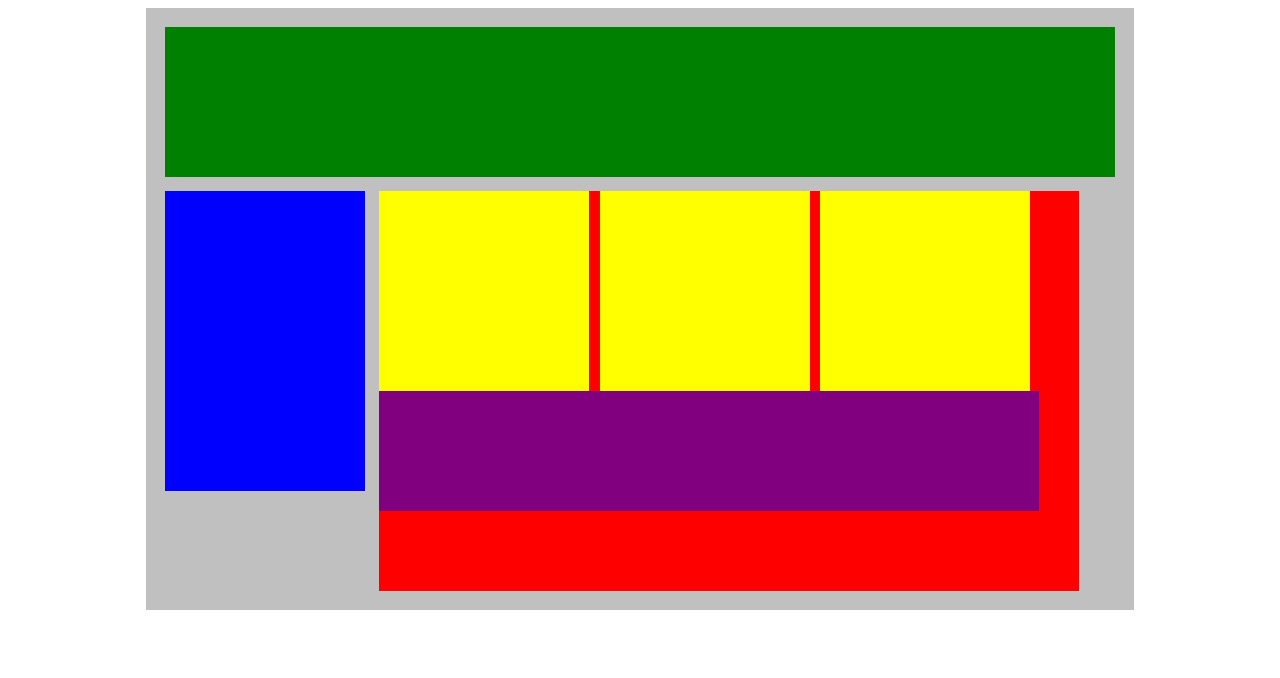
Repository: Fredy452/Fundamentos_de_la_Web
Page: Trabajos/Bloques-Flex/index.html
These files come from the project's save history. The page is drawn as it stood at one moment and after the next save; the edit follows.
The browser window is 1280 px wide. The pictures show the whole page.

Above is the page before, as saved 2023-06-16 18:18:56.

### Trabajos/Bloques-Flex/index.html
<!DOCTYPE html>
<html lang="en">
<head>
    <meta charset="UTF-8">
    <meta name="viewport" content="width=device-width, initial-scale=1.0">
    <title>Bloque usando flex</title>
    <link rel="stylesheet" href="style.css">
</head>
<body>
    <div class="container">
        <div class="top-nav"></div>
        <div class="row">
            <div class="side-nav"></div>
            <div class="main">
                <div class="row">
                    <div class="sub-content"></div>
                    <div class="sub-content"></div>
                    <div class="sub-content"></div>
                </div>
                <div id="advertisement"></div>
            </div>
        </div>
    </div>
</body>
</html>

### Trabajos/Bloques-Flex/style.css
.container{
    width: 950px;
    background-color:silver;
    margin: 0 auto;
    padding: 1.5%;
    display: flex;
    flex-direction: column;
}
.top-nav{
    height: 150px;
    width: 950px;
    background-color: green;
    margin-bottom: 1.5%;
}
.row{
    display: flex;
    gap: 1.5%;
}
.side-nav{
    height: 300px;
    width: 200px;
    background-color: blue;
}
.main{
    height: 400px;
    width: 700px;
    background-color:red;
}
.sub-content{
    width: 210px;
    height: 200px;
    background-color:yellow;
}
#advertisement{
    width: 660px;
    height: 120px;
    background-color:purple;
}

After the next save:
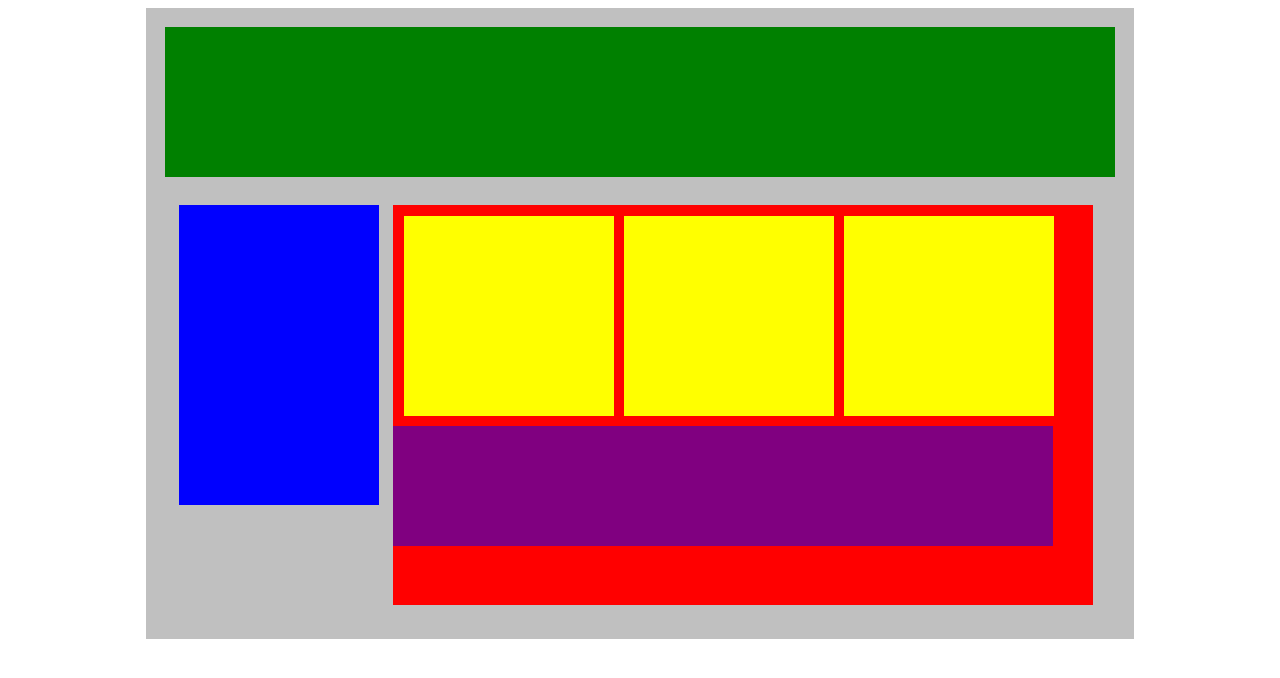
Saved 72 s later.
--- a/Trabajos/Bloques-Flex/style.css
+++ b/Trabajos/Bloques-Flex/style.css
@@ -15,6 +15,7 @@
 .row{
     display: flex;
     gap: 1.5%;
+    padding: 1.5%;
 }
 .side-nav{
     height: 300px;
